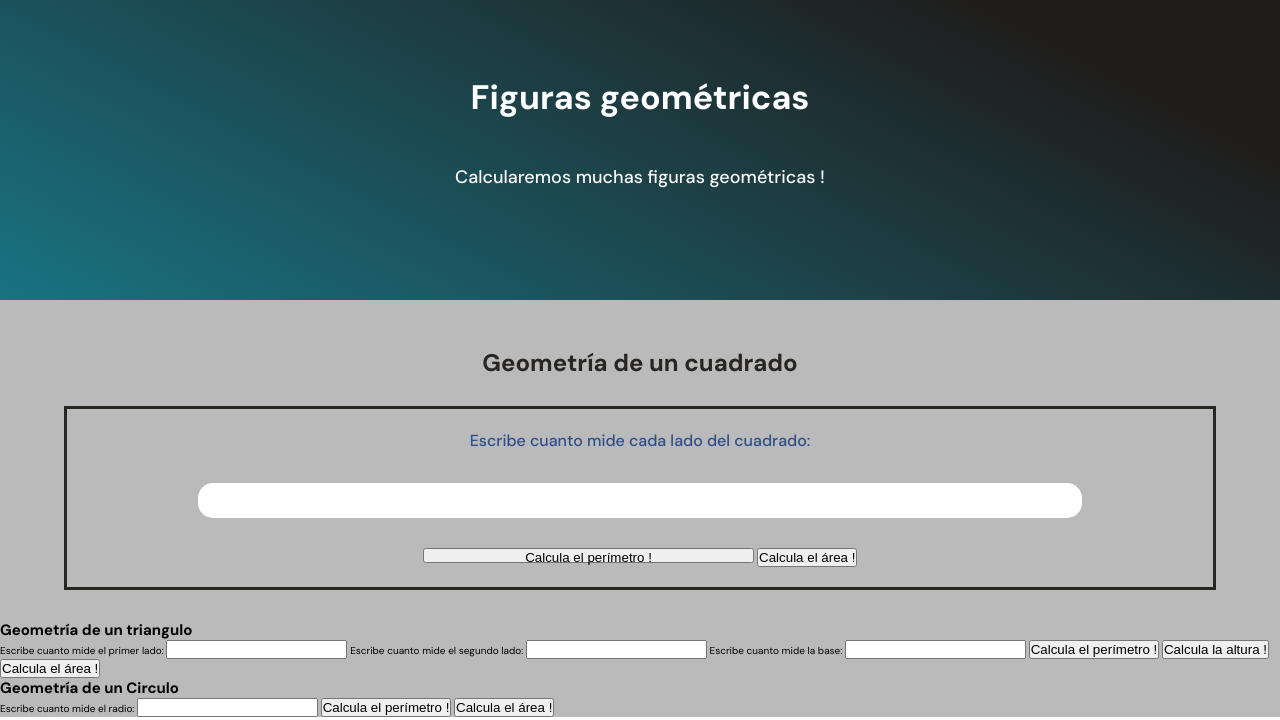
Repository: ChristianGecchelin/javascript-project
Page: javascript-project/figuras-geometricas/figuras.html
An editor plug-in stored every save of this project. The page is shown before and after the next save, followed by the edit.
The browser window is 1280 px wide. The pictures show the whole page.

Above is the page before, as saved 2021-12-01 23:51:05.

After the next save:
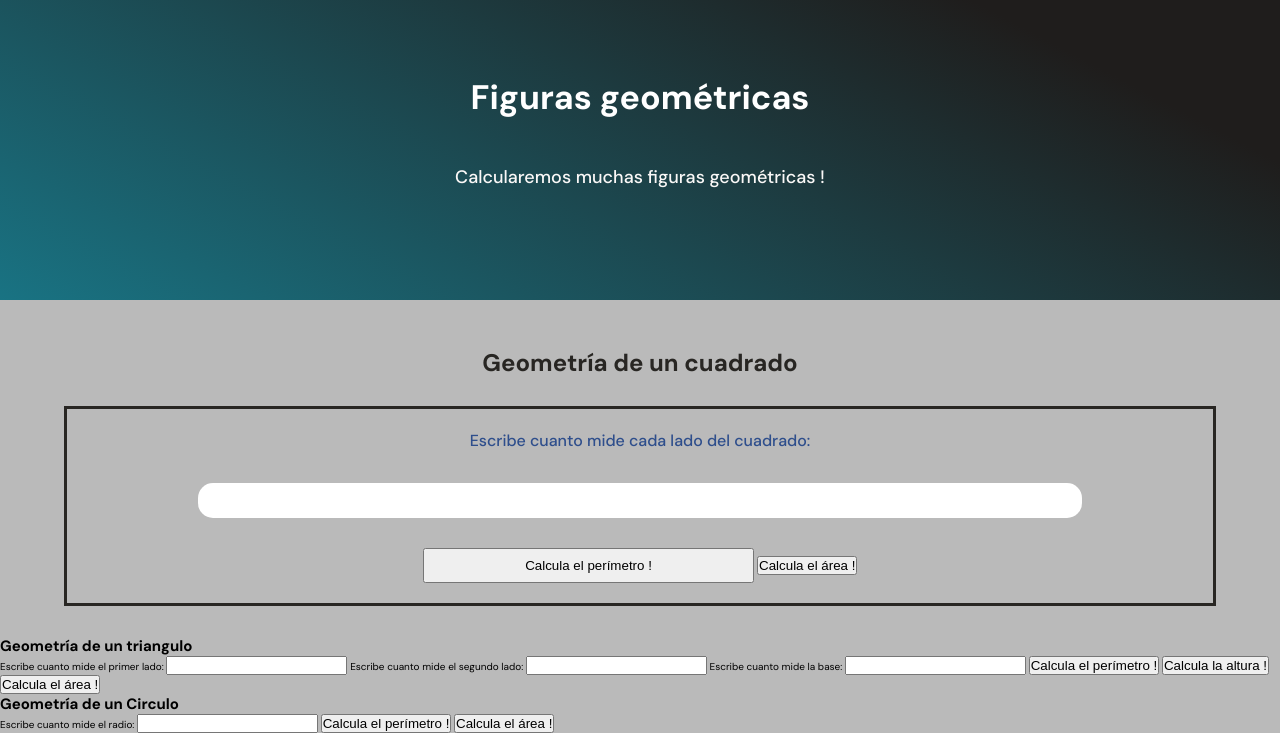
Saved 16 s later.
--- a/javascript-project/figuras-geometricas/style.css
+++ b/javascript-project/figuras-geometricas/style.css
@@ -106,5 +106,5 @@ main {
 }
 .main-calculadora-form-contenedor .form--input-boton {
   width: 30%;
-  height: 15px;
+  height: 35px;
 }
